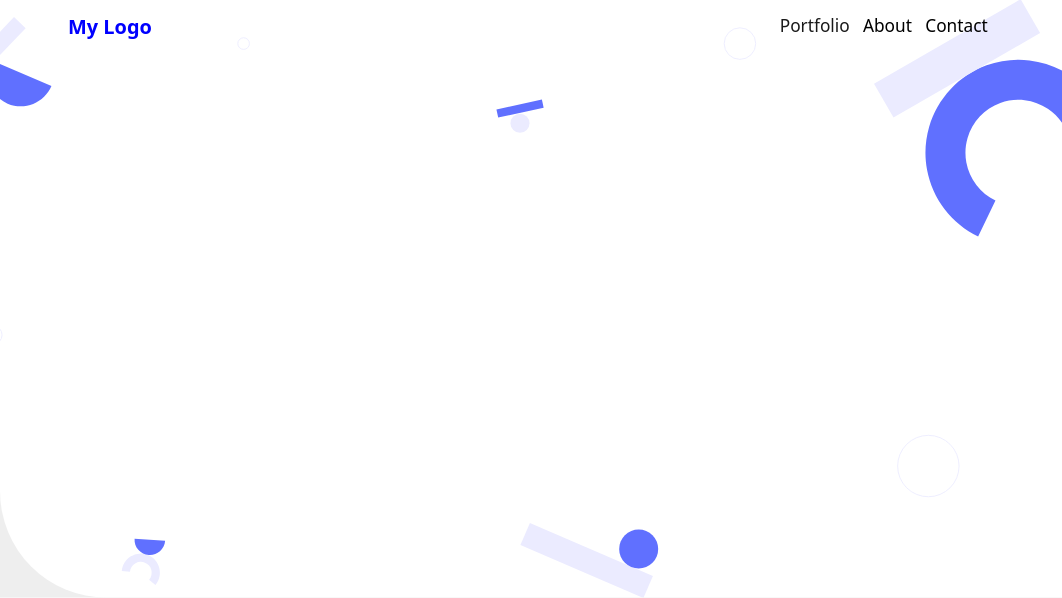
Repository: waelelsafty07/Bootstrap-Portfolio
Page: index.html
An editor plug-in stored every save of this project. The page is shown before and after the next save, followed by the edit.
The browser window is 1280 px wide. The pictures show the whole page, at 83% of full size.

Above is the page before, as saved 2023-04-04 16:00:30.

### index.html
<!DOCTYPE html>
<html lang="en">
<head>
    <meta charset="UTF-8">
    <meta http-equiv="X-UA-Compatible" content="IE=edge">
    <meta name="viewport" content="width=device-width, initial-scale=1.0">
    <title>Portfolio</title>
    <link rel="stylesheet" href="css/bootstrap.min.css"/>
    <link rel="stylesheet" href="styles.css"/>
</head>
<body>
    <header>
        <nav class="navbar navbar-expand-lg navbar-light">
            <div class="container">
              <a class="navbar-brand" href="#">My Logo</a>
              <button class="navbar-toggler" type="button" data-bs-toggle="collapse" data-bs-target="#navbarNav" aria-controls="navbarNav" aria-expanded="false" aria-label="Toggle navigation">
                <span class="navbar-toggler-icon"></span>
              </button>
              <div class="collapse navbar-collapse flex-row-reverse" id="navbarNav">
                <ul class="navbar-nav">
                  <li class="nav-item">
                    <a class="nav-link active" aria-current="page" href="#">Portfolio</a>
                  </li>
                  <li class="nav-item">
                    <a class="nav-link" href="#">About</a>
                  </li>
                  <li class="nav-item">
                    <a class="nav-link" href="#">Contact</a>
                  </li>
                </ul>
              </div>
            </div>
          </nav>
    </header>

    <script src="js/bootstrap.bundle.min.js"></script>
</body>
</html>

### styles.css
body {
  background-color: #eee;
}
header {
  background-color: #fff;
  background-image: url("images/Header\ bg.svg");
  background-repeat: no-repeat;
  background-position: center;
  height: 100vh;
  border-bottom-left-radius: 8rem;
}
nav .navbar-brand {
  font-weight: bold;
  font-size: 1.5rem;
  color: blue;
}
nav .nav-link {
  font-weight: 500;
  font-size: 1.3rem;
  color: #000;
}

Loaded but not shown: css/bootstrap.min.css (library); js/bootstrap.bundle.min.js (library)

After the next save:
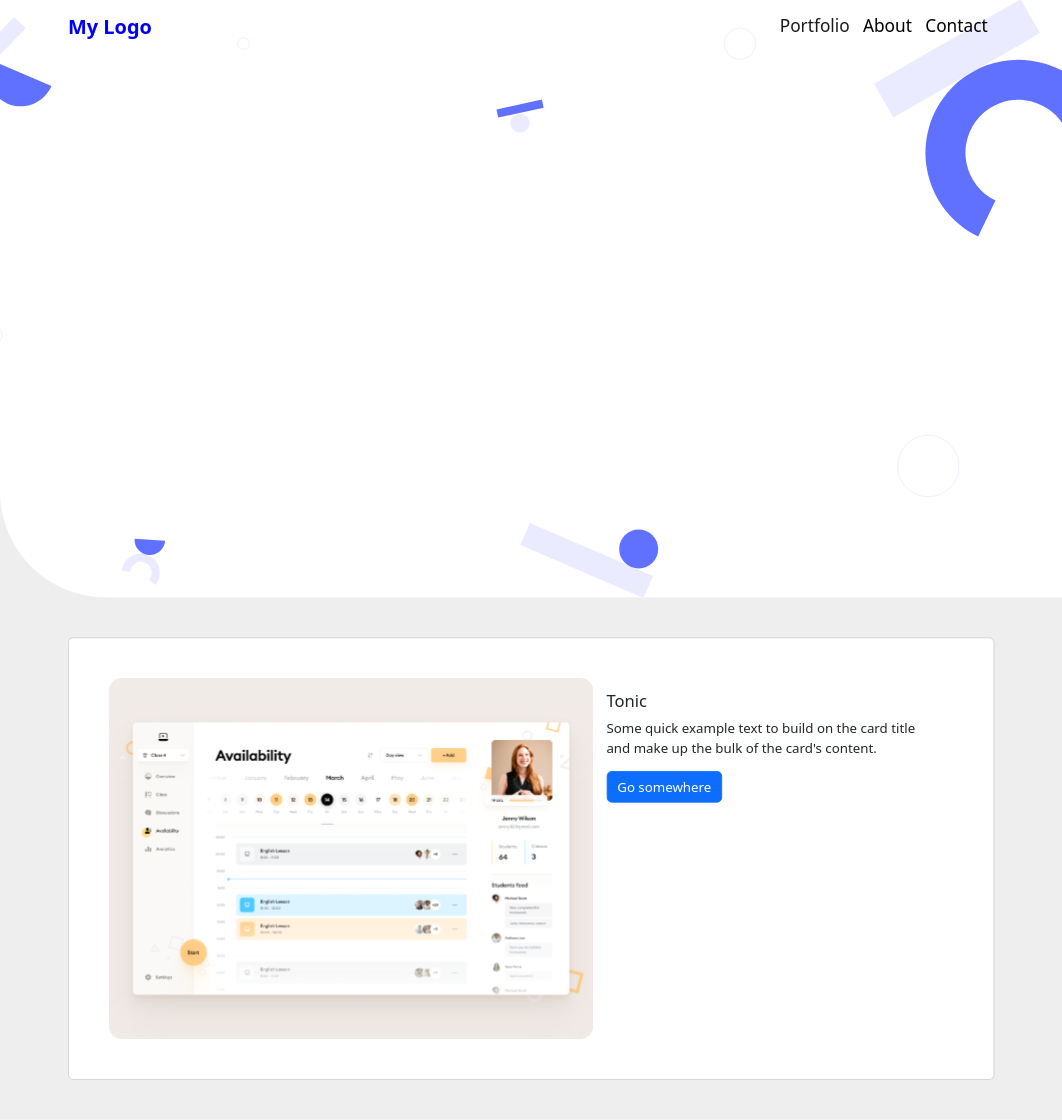
Saved 22 min 18 s later.
--- a/index.html
+++ b/index.html
@@ -32,6 +32,20 @@
             </div>
           </nav>
     </header>
+    <main>
+      <section id="works" class="works m-5">
+        <div class="container">
+          <div class="card flex-row p-5">
+            <img src="images/Snapshoot Portfolio (1).svg" class="card-img-top" alt="...">
+            <div class="card-body">
+              <h5 class="card-title">Tonic</h5>
+              <p class="card-text">Some quick example text to build on the card title and make up the bulk of the card's content.</p>
+              <a href="#" class="btn btn-primary">Go somewhere</a>
+            </div>
+          </div>
+        </div>
+      </section>
+    </main>
 
     <script src="js/bootstrap.bundle.min.js"></script>
 </body>
